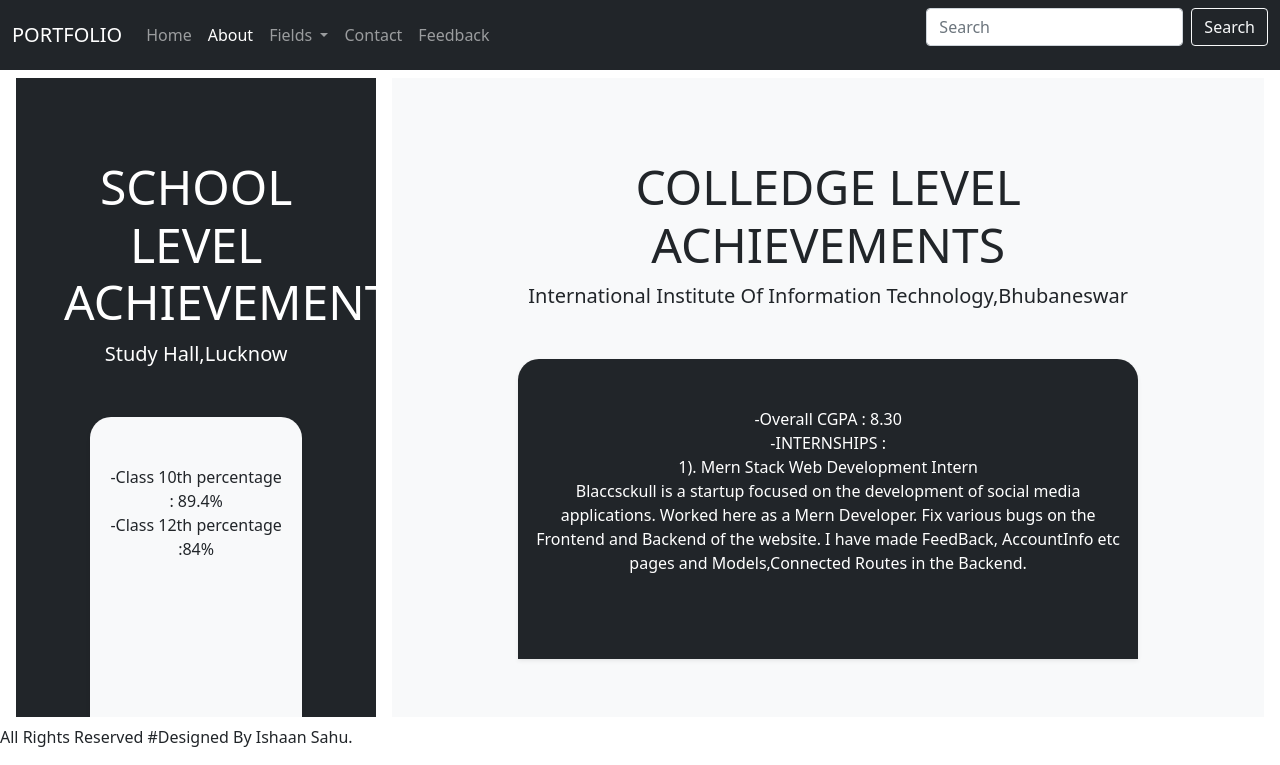
Repository: ishaan51551/Ishaan-s-Portfolio-
Page: about.html
The author's editor kept a copy of each file at every save. The page is drawn from the files as they stood at one save, then again after a run of saves.
The browser window is 1280 px wide. The pictures show the whole page.

Above is the page before, as saved 2023-09-13 01:51:03.

### about.html
</body>
</html>

<!doctype html>
<html lang="en">
  <head>
    <!-- Required meta tags -->
    <meta charset="utf-8">
    <meta name="viewport" content="width=device-width, initial-scale=1">

    <!-- Bootstrap CSS -->
    <link href="https://cdn.jsdelivr.net/npm/bootstrap@5.1.1/dist/css/bootstrap.min.css" rel="stylesheet" integrity="sha384-F3w7mX95PdgyTmZZMECAngseQB83DfGTowi0iMjiWaeVhAn4FJkqJByhZMI3AhiU" crossorigin="anonymous">

    <title>Ishaan Sahu Portfolio</title>
  </head>
  <body>


    <!-- NAVBAR -->
<nav class="navbar navbar-expand-lg navbar-dark bg-dark">
    <div class="container-fluid">
      <a class="navbar-brand" href="#">PORTFOLIO </a>
      <button class="navbar-toggler" type="button" data-bs-toggle="collapse" data-bs-target="#navbarSupportedContent" aria-controls="navbarSupportedContent" aria-expanded="false" aria-label="Toggle navigation">
        <span class="navbar-toggler-icon"></span>
      </button>
      <div class="collapse navbar-collapse" id="navbarSupportedContent">
        <ul class="navbar-nav me-auto mb-2 mb-lg-0">
          <li class="nav-item">
            <a class="nav-link " aria-current="page" href="index.html">Home</a>
          </li>
          <li class="nav-item">
            <a class="nav-link active" href="/about.html">About</a>
          </li>
          <li class="nav-item dropdown">
            <a class="nav-link dropdown-toggle" href="#" id="navbarDropdown" role="button" data-bs-toggle="dropdown" aria-expanded="false">
              Fields
            </a>
            <ul class="dropdown-menu" aria-labelledby="navbarDropdown">
              <li><a class="dropdown-item" href="programming.html">Programming</a></li>
              <li><a class="dropdown-item" href="webdev.html">Web Devlopment</a></li>
              <li><hr class="dropdown-divider"></li>
              <li><a class="dropdown-item" href="extracurricular.html">Extra Curricular</a></li>
            </ul>
          </li>
          <li class="nav-item">
            <a class="nav-link " aria-current="page" href="contact.html">Contact</a>
          </li>

          <li class="nav-item">
              <a class="nav-link"href="feedback.html">Feedback</a>

          </li>

        </ul>
        <form class="d-flex">
          <input class="form-control me-2" type="search" placeholder="Search" aria-label="Search">
          <button class="btn btn-outline-light" type="submit">Search</button>

        </form>
      </div>
    </div>
  </nav>

<!-- Optional JavaScript; choose one of the two! -->

<!-- Option 1: Bootstrap Bundle with Popper -->
<script src="https://cdn.jsdelivr.net/npm/bootstrap@5.1.1/dist/js/bootstrap.bundle.min.js" integrity="sha384-/bQdsTh/da6pkI1MST/rWKFNjaCP5gBSY4sEBT38Q/9RBh9AH40zEOg7Hlq2THRZ" crossorigin="anonymous"></script>



<!-- boxes -->
<div class="d-md-flex flex-md-equal w-100my-md-3 ps-md-3 my-2 justify-content-center align item center">
    <div class="bg-dark me-md-3 pt-3 px-3 pt-md-5 px-md-5 text-center text-white overflow-hidden">
      <div class="my-3 py-3 ">
        <h2 class="display-5">SCHOOL LEVEL ACHIEVEMENTS</h2>
        <p class="lead">Study Hall,Lucknow</p>
      </div>
      <div class="bg-light shadow-sm mx-auto" style="width: 80%; height: 300px; border-radius: 21px 21px 0 0;">
        <p class="dance text-dark overfow-hidden text-center px-3 py-5">-Class 10th percentage : 89.4%</br>
    -Class 12th percentage :84%</br>
    </p>

    </div>
    </div>
    <div class="bg-light me-md-3 pt-3 px-3 pt-md-5 px-md-5 text-center overflow-hidden">
      <div class="my-3 p-3">
        <h2 class="display-5">COLLEDGE LEVEL ACHIEVEMENTS</h2>
        <p class="lead">International Institute Of Information Technology,Bhubaneswar</p>
      </div>
      <div class="bg-dark shadow-sm mx-auto" style="width: 80%; height: 300px; border-radius: 21px 21px 0 0;">
      <p class="swing text-white overfow-hidden text-center px-3 py-5">
        -Overall CGPA : 8.30</br>
        -INTERNSHIPS :</br>
        1). Mern Stack Web Development Intern<br>

        Blaccsckull is a startup focused on the development of social media applications. Worked here as a Mern Developer.
        Fix various bugs on the Frontend and Backend of the website.
        I have made FeedBack, AccountInfo etc pages and Models,Connected Routes in the Backend.
    </p>
    </div>
     </div>
  </div>

    <!-- FOOTER  -->
  <footer class="blog-footer">
    <p>All Rights Reserved #Designed By Ishaan Sahu.</p>
    <p>

    </p>
  </footer>
  </body>
  </html>

After the next 2 saves:
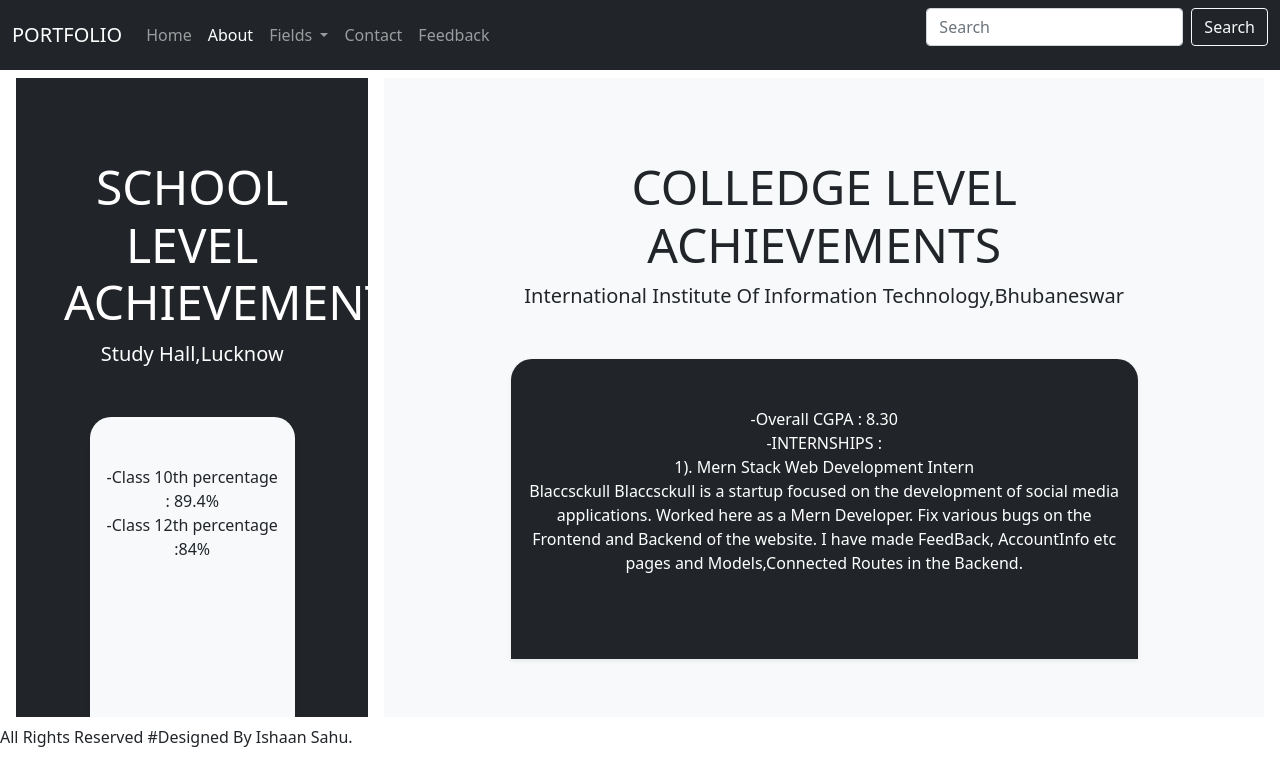
The 2 saves are shown as one change because they came seconds apart.
The last was saved 11 s later.
--- a/about.html
+++ b/about.html
@@ -92,7 +92,7 @@
         -Overall CGPA : 8.30</br>
         -INTERNSHIPS :</br>
         1). Mern Stack Web Development Intern<br>
-
+        Blaccsckull
         Blaccsckull is a startup focused on the development of social media applications. Worked here as a Mern Developer.
         Fix various bugs on the Frontend and Backend of the website.
         I have made FeedBack, AccountInfo etc pages and Models,Connected Routes in the Backend.
